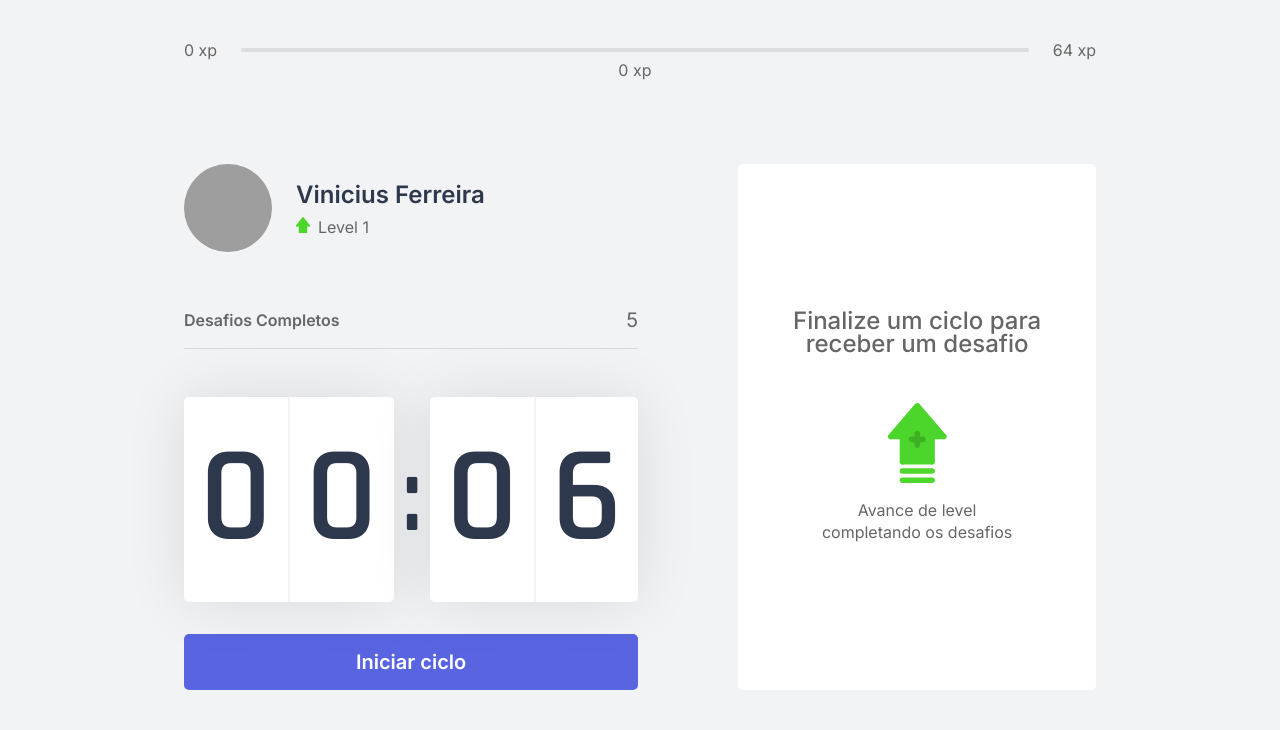
Repository: viniciusfg05/nlwFocus
Page: /
The author's editor kept a copy of each file at every save. The page is drawn from the files as they stood at one save, then again after the next save.
The browser window is 1280 px wide. The pictures show the whole page.
Pictures or frames that could not be fetched are drawn as grey boxes. The project was rebuilt for these pictures with package versions that can differ from the ones it lists, and the page was loaded fresh each time. The framework's server and built-in components were replaced by stand-ins that run in the browser.

Above is the page before, as saved 2022-02-28 15:18:28.

### src/pages/_app.tsx
import '../styles/global.css'
import { AppProps } from 'next/app'
import { ChallegesProvider, ChallengesContext } from '../context/ChallengesContext'

function MyApp({ Component, pageProps }: AppProps) {
  return (
    <ChallegesProvider>
      <Component {...pageProps} />
    </ChallegesProvider>
  )
}

export default MyApp

### src/pages/_document.tsx
import Document, { Html, Head, Main, NextScript} from 'next/document'

export default class Mydocument extends Document {
    render() {
        return(
            <Html>
                <Head>
                    <link rel='shortcut icon' href='favicon.png' type='image/png' />

                    <link rel="preconnect" href="https://fonts.gstatic.com" />
                    <link href="https://fonts.googleapis.com/css2?family=Inter:wght@400;500;600&family=Rajdhani:wght@600&display=swap" rel="stylesheet" />
                </Head>
                <body>
                    <Main />
                    <NextScript />
                </body>
            </Html>
        )
    }
}

### src/pages/index.tsx
import { CompleteChallenges } from "../components/CompleteChallenges";
import { CountDown } from "../components/CountDown";
import { ExperienceBar } from "../components/ExperinceBar";
import { Profile } from "../components/Profile";
import { ChallegesBox } from "../components/ChallegesBox";

import styles from "../styles/pages/Home.module.css"

import Head from 'next/head'

export default function Home() {
  return (
    <div className={styles.container}>
      <Head>
        <title>Inicio | Focus</title>
      </Head>

      <ExperienceBar />

      <section>
        <div>
          <Profile />
          <CompleteChallenges />
          <CountDown />
        </div>
        <div>
          <ChallegesBox />
        </div>
      </section>

    </div>
  )
}

### src/styles/global.css
*{
    margin: 0;
    padding: 0;
    box-sizing: border-box;
}

:root{
    --white: #fff;
    --background: #f2f3f5;
    --gray-line: #DCDDE0;
    --text: #666666;
    --text-highligth: #B3B9FF;
    --title: #2E384D;
    --red: #E83F5B;
    --green: #4CD62B;
    --blue: #5965E0;
    --blue-dark: #4953B8;
    --blue-twitter: #2AA9E0;
}

@media(max-white: 1080px) {
    html{
        font-size: 93.75%;
    }
}

@media(max-white: 750px) {
    html{
        font-size: 87.5%;
    }
}

body{
    background-color: var(--background);
    color: var(--text);

}

body, input, textarea, button {
    font: 400 1rem 'inter', sans-serif;
}

button{
    cursor: pointer;
}

a{
    color: inherit; /* para erdar a color do container */
    text-decoration: none;
}

### src/context/ChallengesContext.tsx
import { createContext, useState, ReactNode } from 'react';
import challenges from '../../challenge.json'

interface Challenges {
  type: 'body' | 'eye'
  description: string;
  amount: number;
}

interface ChallengesProviderProps{
  children: ReactNode;
}

interface ChallengesContextData {
  level: number;
  currentExperience: number;
  challengeCompleted: number;
  levelUp: () => void;
  startNewChallenge: () => void;
  activeChallengen: Challenges;
  resetChallenge: () => void;
  experienceNextLevel: number;
}

export const ChallengesContext = createContext({} as ChallengesContextData)

export function ChallegesProvider({children}:ChallengesProviderProps ) {
  const [level, setLevel] = useState(1);
  const [ currentExperience, setCurrentExperience ] = useState(0)
  const [ challengeCompleted, setChallengeCompleted ] = useState(0)

  const [ activeChallengen, setActiveChallenge ] = useState(null)

  const experienceNextLevel = Math.pow((level + 1) * 4, 2)

  function levelUp() {
    setLevel(level + 1);
  }

  function startNewChallenge() {
    const randomChallengeIndex = Math.floor(Math.random() * challenges.length);
    const challenge = challenges[randomChallengeIndex]

    setActiveChallenge(challenge)
  }

  function resetChallenge() {
    setActiveChallenge(null);
  }

  return (
    <ChallengesContext.Provider
    value={{ level,
      currentExperience,
      challengeCompleted,
      levelUp,
      startNewChallenge,
      activeChallengen,
      resetChallenge,
      experienceNextLevel
    }}>
      {children}
    </ChallengesContext.Provider>
  )
}

### src/components/CompleteChallenges.tsx
import styles from '../styles/components/CompleteChallenges.module.css'


export function CompleteChallenges() {
    return(
        <div className={styles.CompleteChallenges}>
            <strong>Desafios Completos</strong>
            <span>5</span>
        </div>
    )
}

### src/components/CountDown.tsx
import { useState, useEffect, useContext } from 'react'
import { ChallengesContext } from '../context/ChallengesContext';
import styles from '../styles/components/CountDown.module.css'

let countDownTimeOut: NodeJS.Timeout; //para cancelar o timeOut


export function CountDown() {
    const { startNewChallenge } = useContext(ChallengesContext)


    const [ time, setTime ] = useState(0.1 * 60)
    const [ isActive, setIsActive ] = useState(false)// para iniciar com desabilitado o conometro
    const [ timeFineshed, setTimeFineshed] = useState(false)

    const minutos = Math.floor(time / 60);
    const segundos = (time % 60); // '%' resto da divisão

    const [minuteLefts, minuteRight] = String(minutos).padStart(2, '0').split('')
    const [ segundosLefts, segundosRights ] = String(segundos).padStart(2, '0').split('')

    // padStart(2 '0') = para os numero a baixo de 10 ele vai add um '0' no inicio, ex. '05'
    // split('') = ele vai pera a string por exemplo '25' e repartir em dois '2' e '5'. split devolve um array com primeiro e segundo caractere

    function startCoutDown() {
        setIsActive(true);
    }

    function CancelCoutDown() {
        clearTimeout(countDownTimeOut)
        setIsActive(false);
        setTime((0.1 * 60))
    }

    useEffect(() => {
        if (isActive && time > 0) {
            countDownTimeOut = setTimeout(() => {setTime(time - 1);}, 1000)
        } else if (isActive && time === 0) {
            setTimeFineshed(true)
            setIsActive(false);
            startNewChallenge()

        }
    }, [isActive, time]);

    // setTimeout(() => {setTime(time - 1);}, 1000) = setTimeout = depois de 1000ms execute uma função; setTime recebe o valor de time -1.ou seja ele mudar para -1 a cada 1s e se add o time no useEffect sempre que o time mudar ele tira mais 1 segundo
    return(
        <div>
            <div className={styles.CountDownContainer}>
            <div>
                <span>{minuteLefts}</span>
                <span>{minuteRight}</span>
            </div>
            <span>:</span>
            <div>
                <span>{segundosLefts}</span>
                <span>{segundosRights}</span>
            </div>
        </div>

        {timeFineshed ? (
            <button
            disabled
            className={`${styles.CountdownButton} ${styles.CountdownButtonFinished}`}
            >
                Cliclo encerrado
            </button>
        ) : (
            <>
                { isActive ? (
                    <button
                    type="button"
                    className={`${styles.CountdownButton} ${styles.CountdownButtonActive} `}
                    onClick={CancelCoutDown}
                    >
                        Abondonar ciclo
                    </button>
                ) : (
                    <button
                        type="button"
                        className={styles.CountdownButton}
                        onClick={startCoutDown}
                     >
                        Iniciar ciclo
                    </button>
                )}
            </>
        )}






        </div>
    )
}

### src/components/ExperinceBar.tsx
import { useContext } from 'react'
import { ChallengesContext } from '../context/ChallengesContext'
import styles from '../styles/components/ExperienceBar.module.css'

export function ExperienceBar() {
    const { currentExperience, experienceNextLevel } = useContext(ChallengesContext)

    const porcentalNextLevel = Math.round((currentExperience * 100) / experienceNextLevel)

    return(
        <header className={styles.experienceBar}>
            <span>0 xp</span>
                <div>
                    <div style={{ width: `${porcentalNextLevel}`}}/>

                    <span className={styles.currentExperience} style={{ left: '50%'}}>{currentExperience} xp</span>
                </div>
            <span>{experienceNextLevel} xp</span>
        </header>
    )
}

### src/components/Profile.tsx
import styles from '../styles/components/Profile.module.css'


export function Profile() {
    return(
        <div className={styles.profileContainer} >
            <img src="https://avatars.githubusercontent.com/u/68232658?s=400&u=003f61fe1fe4474daf9c3f5226d596c5f99dd759&v=4" alt="Vinicius Ferreira" />
            <div>
                <strong>Vinicius Ferreira</strong>
                <p>
                    <img src="icons/level.svg" alt="Level" />
                    Level 1
                </p>
            </div>
        </div>
    )
}

### src/components/ChallegesBox.tsx
import { useContext } from 'react'
import { ChallengesContext } from '../context/ChallengesContext'
import styles from '../styles/components/ChallegesBox.module.css'

export function ChallegesBox() {
  const { activeChallengen, resetChallenge } = useContext(ChallengesContext)


  return (
    <div className={styles.ChallegesBoxContainer}>
      {activeChallengen ? (
        <div className={styles.ChallegesBoxActive}>
          <header>Ganhe {activeChallengen.amount}xp</header>
          <main>
            <img src={`icons/${activeChallengen.type}.svg`} alt="Ganhe 400xp" />
            <strong>Novo desafio</strong>
            <p>{activeChallengen.description}</p>
          </main>

          <footer>
            <button
            type="button"
            className={styles.ChallegesFailedButton}
            onClick={resetChallenge}
            >
              Falhei
            </button>

            <button
            type="button"
            className={styles.ChallegesCompleteButton}
            >
              Completei
            </button>
          </footer>
        </div>


      ) : (
        <div className={styles.ChallegesBoxNotActive}>
        <strong>Finalize um ciclo para receber um desafio</strong>
        <p>
          <img src="icons/level-up.svg" alt="Level up" />
          Avance de level completando os desafios
        </p>
      </div>
      )}
    </div>
  )
}

### src/styles/pages/Home.module.css
.container{
    height: 100;
    max-width: 992px;
    margin: 0 auto;
    padding: 2.5rem;

    display: flex;
    flex-direction: column;

    gap: 6.5rem;
}

.container section {
    flex: 1;

    display: grid;
    grid-template-columns: 1fr 1fr;
    gap: 6.25rem;
    align-content: center;
}

### src/styles/components/CompleteChallenges.module.css
.CompleteChallenges {
    display: flex;
    align-items: center;
    justify-content: space-between;

    margin: 3.5rem 0 0;
    padding-bottom: 1rem;
    border-bottom: 1px solid #d7d8da;
    font-weight: 400;
    /* font: "Inter", sans-serif; ; */
    margin-bottom: 3rem
}


.CompleteChallenges span:first-child{
    font-size: 1.25rem;
}


.CompleteChallenges span:last-child{
    font-size: 1.25rem;
}

### src/styles/components/CountDown.module.css
.CountDownContainer {
  display: flex;
  align-items: center;
  font-family: Rajdhani;
  font-weight: 600;
  color: var(--title);
}

.CountDownContainer > div {
  flex: 1;

  display: flex;
  align-items: center;
  justify-content: space-evenly;

  background-color: var(--white);
  box-shadow: 0 0 60px rgba(0, 0, 0, 0.1);
  border-radius: 5px;
  font-size: 8.5rem;
  text-align: center;
}

.CountDownContainer > div span {
  flex: 1;
}

.CountDownContainer > div span:first-child {
  border-right: 1px solid #f8f1f3;
  padding: 1rem;
}

.CountDownContainer > div span:last-child {
  border-left: 1px solid #f8f1f3;
  padding: 1rem;
}

.CountDownContainer > span {
  font-size: 6.5rem;
  margin: 0 0.5rem;
}

.CountdownButton {
  width: 100%;
  height: 3.5rem;

  margin-top: 2rem;

  display: flex;
  align-items: center;
  justify-content: center;

  border: 0;
  border-radius: 5px;
  background-color: var(--blue);
  color: var(--white);

  font-size: 1.25rem;
  font-weight: 600;
  transition: background-color 0.3s;
}

.CountdownButton:not(:disabled):hover {
  background-color: var(--blue-dark);
}

.CountdownButtonActive {
  background-color: var(--red);
  color: var(--gray-line);

  transition: 0.3s;
}

.CountdownButtonActive:hover {
  background-color: #b83349;
  color: var(--gray-line);
}

.CountdownButtonFinished {
  background-color: var(--green);
  color: var(--title);
  cursor: not-allowed;
}

### src/styles/components/ExperienceBar.module.css
.experienceBar {
    display: flex;
    align-items: center;
}

.experienceBar spam {
    font-size: 1 rem;
}

.experienceBar > div {
    flex: 1;
    height: 4px;
    border-radius: 4px;
    background-color: var(--gray-line);
    margin: 0 1.5rem;
    position: relative;
}

.experienceBar > div > div{
    height: 4px;
    border-radius: 4px;
    background-color: var(--green)
}

span.currentExperience{
    position: absolute;
    top: 12px;
    transform: translateX(-50%)
}

### src/styles/components/Profile.module.css
.profileContainer {
    display: flex;
    align-items: center;
}

.profileContainer > img{
    width: 5.5rem;
    height: 5.5rem;
    border-radius: 50%;
}

.profileContainer div{
    margin-left: 1.5rem;
}

.profileContainer div strong {
    font-size: 1.5rem;
    font-weight: 600;
    color: var(--title);
}

.profileContainer div p {
    font-size: 1rem;
    margin-top: 0.5rem;
}

.profileContainer div p img {
    margin-right: 0.5rem;
}

### src/styles/components/ChallegesBox.module.css
.ChallegesBoxContainer {
  height: 100%;
  background: var(--white);
  border-radius: 5px;
  padding: 1.5rem 2rem;
  display: flex;
  flex-direction: column;
  align-items: center;
  justify-content: center;

  text-align: center;
}

.ChallegesBoxNotActive {
  display: flex;
  flex-direction: column;
  align-items: center;
}

.ChallegesBoxNotActive strong {
  font-size: 1.5rem;
  font-weight: 500;
  line-height: 1.4rem;
}

.ChallegesBoxNotActive p {
  display: flex;
  flex-direction: column;
  align-items: center;
  line-height: 1.4rem;
  max-width: 70%;
  margin-top: 3rem;
}

.ChallegesBoxNotActive p img {
  margin-bottom: 1rem;
}

.ChallegesBoxActive {
  height: 100%;
  display: flex;
  flex-direction: column;
}

.ChallegesBoxActive header {
  color: var(--blue-dark);
  font-weight: 600;
  font-size: 1.25rem;
  padding: 0 2rem 1.5rem;
  border-bottom: 1px solid var(--gray-line);
}

.ChallegesBoxActive main {
  flex: 1;
  display: flex;
  flex-direction: column;
  align-items: center;
  justify-content: center;
}

.ChallegesBoxActive main strong {
  font-size: 2rem;
  font-weight: 600;
  color: var(--title);
  margin: 1.5rem 0 1rem;
}

.ChallegesBoxActive main p {
  line-height: 1.5rem;
}

.ChallegesBoxActive footer {
  display: grid;
  grid-template-columns: 1fr 1fr;
  gap: 1rem;
}

.ChallegesBoxActive footer button {
  height: 3rem;
  align-items: center;
  justify-content: center;

  border: 0;
  border-radius: 5px;

  color: var(--white);

  font-size: 1rem;
  font-weight: 600;
  transition: 0.3s;
}

.ChallegesBoxActive footer button:hover {
  filter: brightness(0.9);
}

.ChallegesBoxActive footer button.ChallegesFailedButton {
  background-color: var(--red);
}

.ChallegesBoxActive footer button.ChallegesCompleteButton {
  background-color: var(--green);
}

Loaded but not shown: challenge.json (common file)

After the next save:
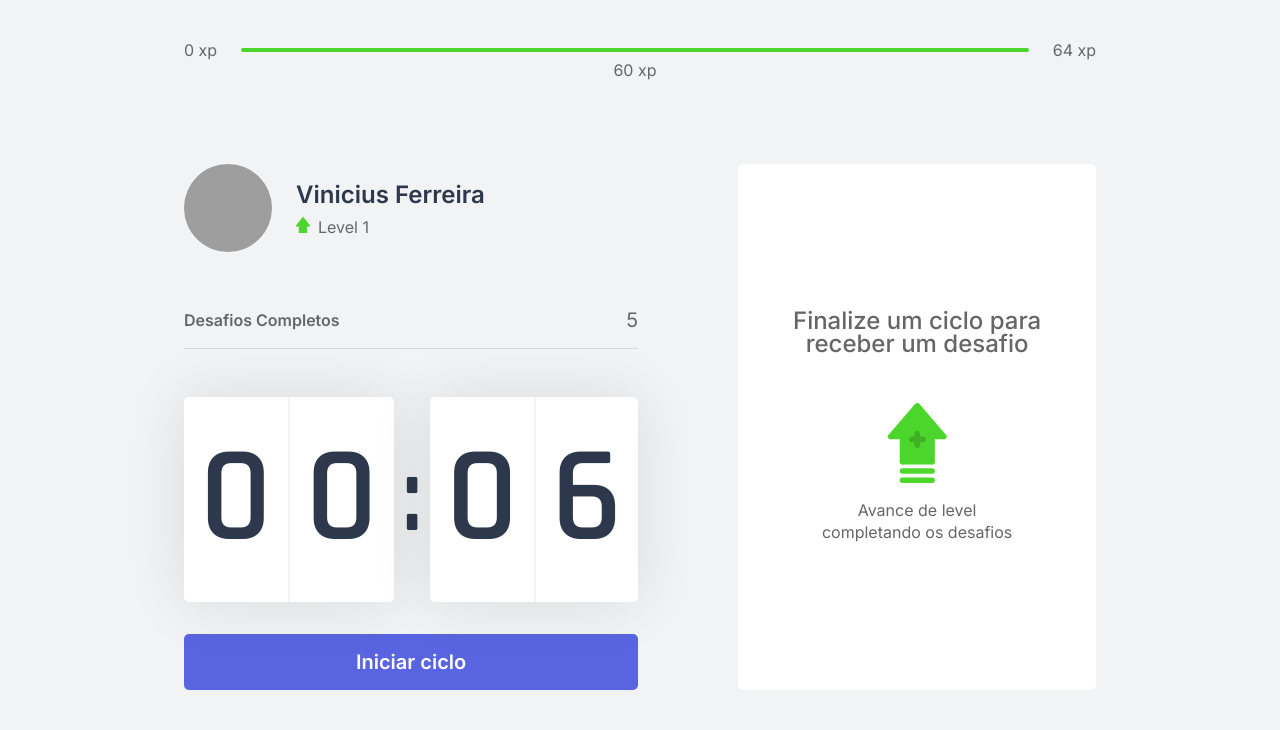
Saved 14 s later.
--- a/src/context/ChallengesContext.tsx
+++ b/src/context/ChallengesContext.tsx
@@ -26,7 +26,7 @@ export const ChallengesContext = createContext({} as ChallengesContextData)
 
 export function ChallegesProvider({children}:ChallengesProviderProps ) {
   const [level, setLevel] = useState(1);
-  const [ currentExperience, setCurrentExperience ] = useState(0)
+  const [ currentExperience, setCurrentExperience ] = useState(60)
   const [ challengeCompleted, setChallengeCompleted ] = useState(0)
 
   const [ activeChallengen, setActiveChallenge ] = useState(null)
